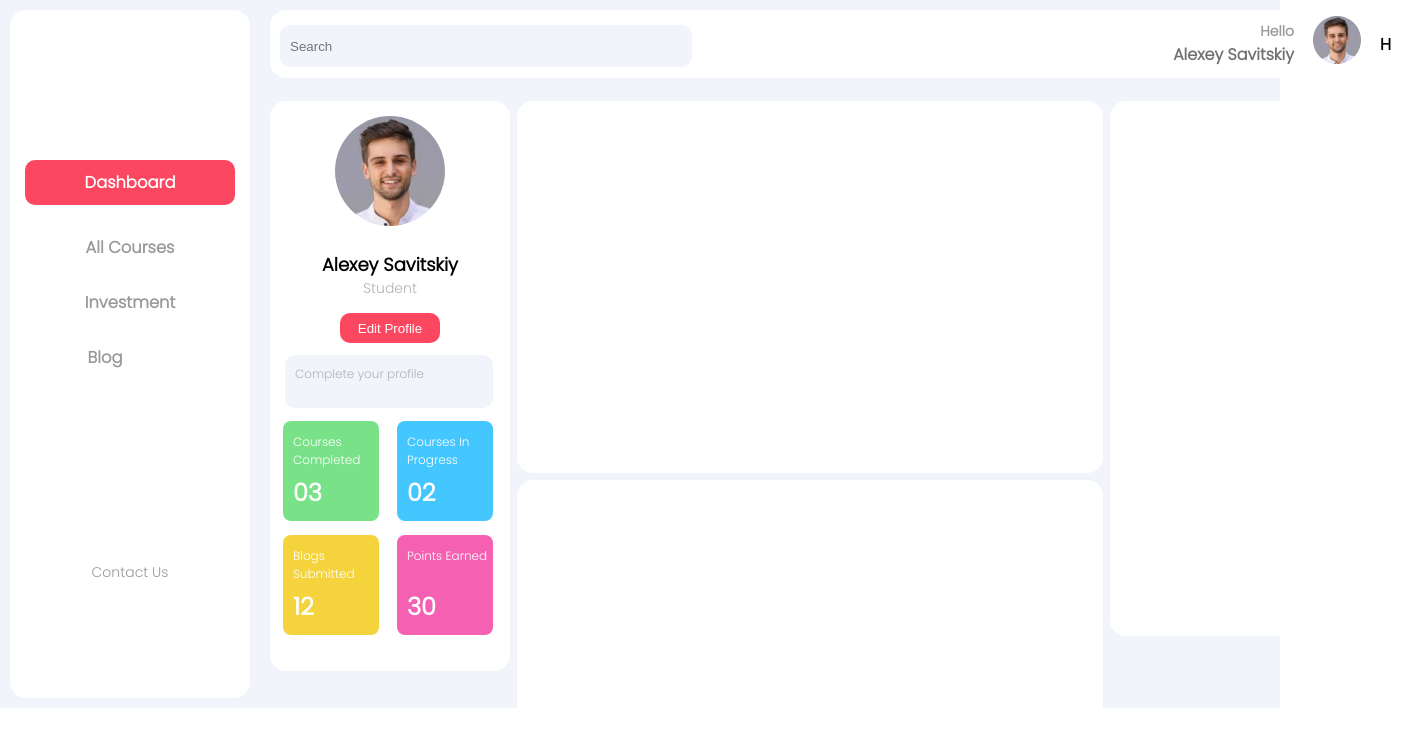
Repository: Anuruddha00/dashboard-design
Page: /
The author's editor kept a copy of each file at every save. The page is drawn from the files as they stood at one save, then again after the next save.
The browser window is 1280 px wide. The page is 1421 px wide, so the pictures cover 1421 px, including what lies to the right of the window. The pictures show the whole page.
The project was rebuilt for these pictures with package versions that can differ from the ones it lists, and the page was loaded fresh each time.

Above is the page before, as saved 2021-05-07 17:52:18.

After the next save:
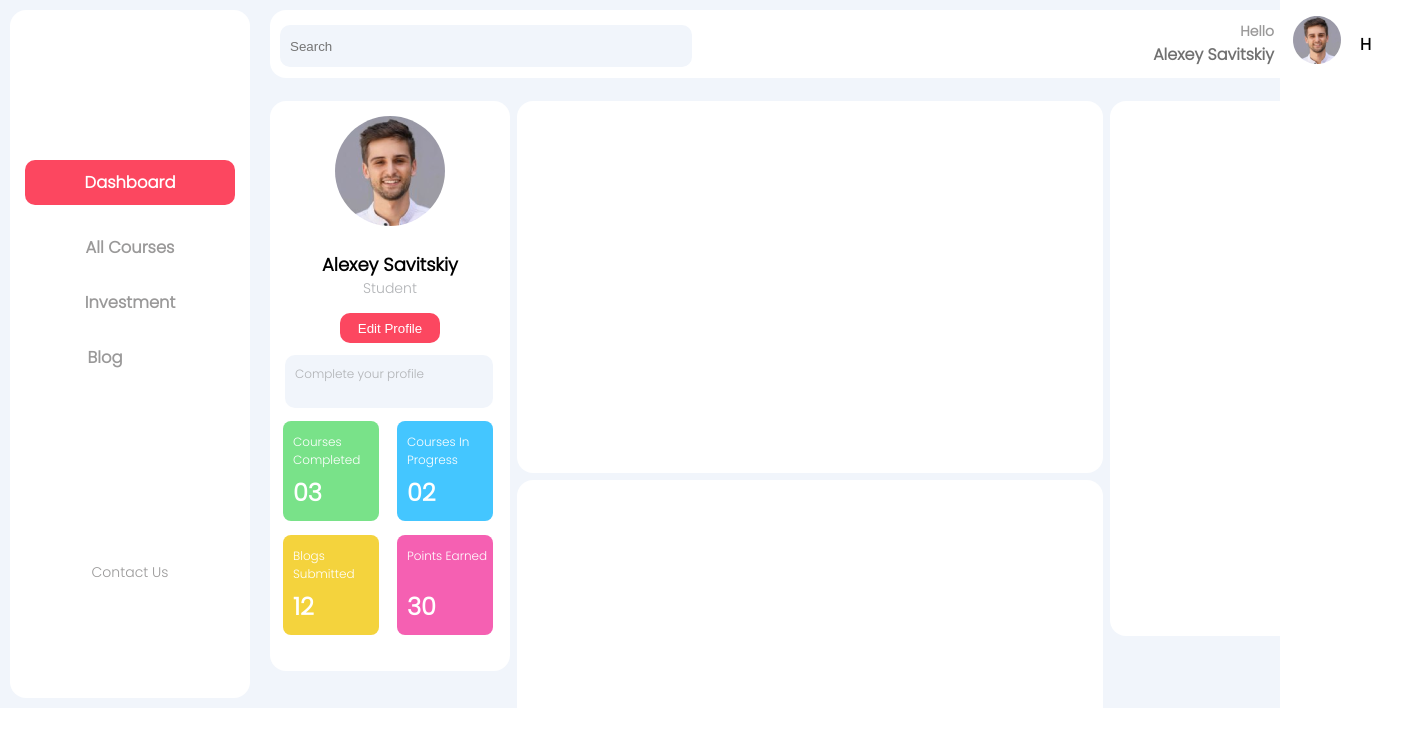
Saved 7 s later.
--- a/src/containers/Dashboard/Dashboard.scss
+++ b/src/containers/Dashboard/Dashboard.scss
@@ -102,7 +102,7 @@ body{
                         display: flex;
                         flex-direction: row;
                         gap: 1em;
-                        margin-right: 30px;
+                        margin-right: 50px;
                         align-items: center;
                         height: 68px;
 
